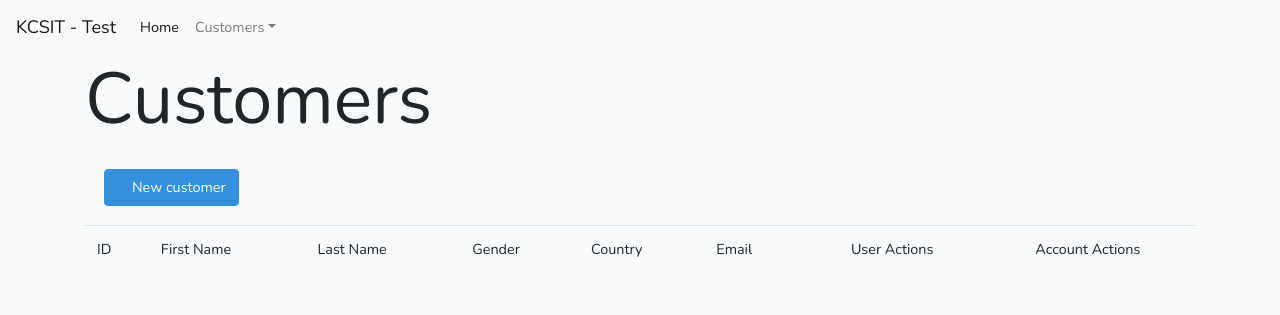
Repository: GilmarBrito/kcsit
Page: http://localhost/customers
An editor plug-in stored every save of this project. The page is shown before and after the next save, followed by the edit.
The browser window is 1280 px wide. The pictures show the whole page.
The page is served by the project's Laravel application, run on PHP 8.4 with Laravel 8. Other server files are loaded and not shown. Style sheets and scripts are compiled from the project's sources, by tool versions that may differ from the author's. Queries for data that is not in the repository find no rows.

Above is the page before, as saved 2020-03-08 17:02:45.

### routes/web.php
<?php

use Illuminate\Support\Facades\Route;

/*
|--------------------------------------------------------------------------
| Web Routes
|--------------------------------------------------------------------------
|
| Here is where you can register web routes for your application. These
| routes are loaded by the RouteServiceProvider within a group which
| contains the "web" middleware group. Now create something great!
|
*/

Route::get('/', function () {
    return view('welcome');
});

Route::resource('customers', 'CustomerController');

### app/Http/Controllers/CustomerController.php
<?php

namespace App\Http\Controllers;

use Illuminate\Http\Request;
use App\Customer;

class CustomerController extends Controller
{
    /**
     * Display a listing of the resource.
     *
     * @return \Illuminate\Http\Response
     */
    public function index()
    {
        $customers = Customer::all();

        return view('customers.index', compact('customers'));
    }

    /**
     * Show the form for creating a new resource.
     *
     * @return \Illuminate\Http\Response
     */
    public function create()
    {
        return view('customers.create');
    }

    /**
     * Store a newly created resource in storage.
     *
     * @param  \Illuminate\Http\Request  $request
     * @return \Illuminate\Http\Response
     */
    public function store(Request $request)
    {
        $request->validate([
            'first_name' => 'required',
            'last_name' => 'required',
            'gender' => 'required',
            'country' => 'required',
            'email' => 'required'
        ]);

        $customer = new Customer([
            'first_name' => $request->get('first_name'),
            'last_name' => $request->get('last_name'),
            'gender' => $request->get('gender'),
            'country' => $request->get('country'),
            'email' => $request->get('email')
        ]);

        $customer->save();
        return redirect('/customers')->with('success', 'Customer saved!');
    }

    /**
     * Display the specified resource.
     *
     * @param  int  $id
     * @return \Illuminate\Http\Response
     */
    public function show($id)
    {
        //
    }

    /**
     * Show the form for editing the specified resource.
     *
     * @param  int  $id
     * @return \Illuminate\Http\Response
     */
    public function edit($id)
    {
        $customer = Customer::find($id);
        return view('customers.edit', compact('customer'));
    }

    /**
     * Update the specified resource in storage.
     *
     * @param  \Illuminate\Http\Request  $request
     * @param  int  $id
     * @return \Illuminate\Http\Response
     */
    public function update(Request $request, $id)
    {
        $request->validate([
            'first_name' => 'required',
            'last_name' => 'required',
            'gender' => 'required',
            'country' => 'required',
            'email' => 'required'
        ]);

        $customer = Customer::find($id);
        $customer->first_name =  $request->get('first_name');
        $customer->last_name = $request->get('last_name');
        $customer->gender = $request->get('gender');
        $customer->country = $request->get('country');
        $customer->email = $request->get('email');
        $customer->save();

        return redirect('/customers')->with('success', 'Customer updated!');
    }

    /**
     * Remove the specified resource from storage.
     *
     * @param  int  $id
     * @return \Illuminate\Http\Response
     */
    public function destroy($id)
    {
        $customer = Customer::find($id);
        $customer->delete();

        return redirect('/customers')->with('success', 'Customer deleted!');
    }
}

### app/Customer.php
<?php

namespace App;

use Illuminate\Database\Eloquent\Model;

class Customer extends Model
{
    protected $fillable = [
        'first_name',
        'last_name',
        'gender',
        'country',
        'email'
    ];
}

### resources/views/customers/index.blade.php
@extends('base')

@section('main')
<div class="row">
    <div class="col-sm-12">

    @if(session()->get('success'))
    <div class="alert alert-success">
        {{ session()->get('success') }}
    </div>
    @endif
    </div>
    <div class="col-sm-12">
        <h1 class="display-3">Customers</h1>
        <div>
            <a style="margin: 19px;" href="{{route('customers.create')}}" class="btn btn-primary"><i class="fas fa-user-plus"></i> New customer</a>
        </div>
        <table class="table table-striped">
            <thead>
                <tr>
                    <td>ID</td>
                    <td>First Name</td>
                    <td>Last Name</td>
                    <td>Gender</td>
                    <td>Country</td>
                    <td>Email</td>
                    <td colspan="2" class="text-center">User Actions</td>
                    <td colspan="2" class="text-center">Account Actions</td>
                </tr>
            </thead>
            <tbody>
                @foreach($customers as $customer)
                <tr>
                    <td>{{$customer->id}}</td>
                    <td>{{$customer->first_name}}</td>
                    <td>{{$customer->last_name}}</td>
                    <td>{{$customer->gender}}</td>
                    <td>{{$customer->country}}</td>
                    <td>{{$customer->email}}</td>
                    <td>
                        <a href="{{ route('customers.edit',$customer->id)}}" class="btn btn-primary btn-block"><i class="fas fa-user-edit"></i> Edit</a>
                    </td>
                    <td>
                    <form action="{{ route('customers.destroy', $customer->id)}}" method="post">
                            @csrf
                            @method('DELETE')
                            <button class="btn btn-danger btn-block" type="submit"><i class="fas fa-user-slash"></i> Delete</button>
                        </form>
                    </td>
                    <td>
                        <a href="#" class="btn btn-outline-success btn-block"><i class="fas fa-arrow-circle-up"></i> Deposit Money</a>
                    </td>
                    <td>
                        <a href="#" class="btn btn-outline-danger btn-block"><i class="fas fa-arrow-circle-down"></i> Withdraw Money</a>
                    </td>
                </tr>
                @endforeach
            </tbody>
        </table>
    </div>
</div>
@endsection

### resources/views/base.blade.php
<!DOCTYPE html>
<html lang="en">
<head>
    <meta name="viewport" content="width=device-width, initial-scale=1.0">
    <title>KCSIT - Clever Full Stack Developer Test Task</title>
    <!-- Styles -->
    <link href="{{ asset('css/app.css') }}" rel="stylesheet">
</head>
<body>
    <nav class="navbar navbar-expand-lg navbar-light bg-light">
        <a class="navbar-brand" href="#">{{ config('app.name') }}</a>
        <button class="navbar-toggler" type="button" data-toggle="collapse" data-target="#navbarSupportedContent" aria-controls="navbarSupportedContent" aria-expanded="false" aria-label="Toggle navigation">
            <span class="navbar-toggler-icon"></span>
        </button>

        <div class="collapse navbar-collapse" id="navbarSupportedContent">
            <ul class="navbar-nav mr-auto">
                <li class="nav-item active">
                    <a class="nav-link" href="#">Home <span class="sr-only">(current)</span></a>
                </li>
                <li class="nav-item dropdown">
                    <a class="nav-link dropdown-toggle" href="#" id="navbarDropdown" role="button" data-toggle="dropdown" aria-haspopup="true" aria-expanded="false">Customers</a>
                    <div class="dropdown-menu" aria-labelledby="navbarDropdown">
                        <a class="dropdown-item" href="{{ route('customers.index') }}">List</a>
                        <a class="dropdown-item" href="{{ route('customers.create')}}">New</a>
                    </div>
                </li>
            </ul>
        </div>
    </nav>
    <div class="container">
        @yield('main')
    </div>
    <!-- Scripts -->
    <script src="{{ asset('js/app.js') }}" defer></script>

</body>
</html>

### resources/sass/app.scss
// Fonts
@import url('https://fonts.googleapis.com/css?family=Nunito');

// Variables
@import 'variables';

// Bootstrap
@import '~bootstrap/scss/bootstrap';
// @import 'node_modules/@fortawesome/fontawesome-free/scss/fontawesome.scss';
@import '~@fortawesome/fontawesome-free/scss/fontawesome';
@import '~@fortawesome/fontawesome-free/scss/regular';
@import '~@fortawesome/fontawesome-free/scss/solid';
@import '~@fortawesome/fontawesome-free/scss/brands';

Loaded but not shown: app/Http/Controllers/Controller.php (common file); resources/sass/_variables.scss (common file)

After the next save:
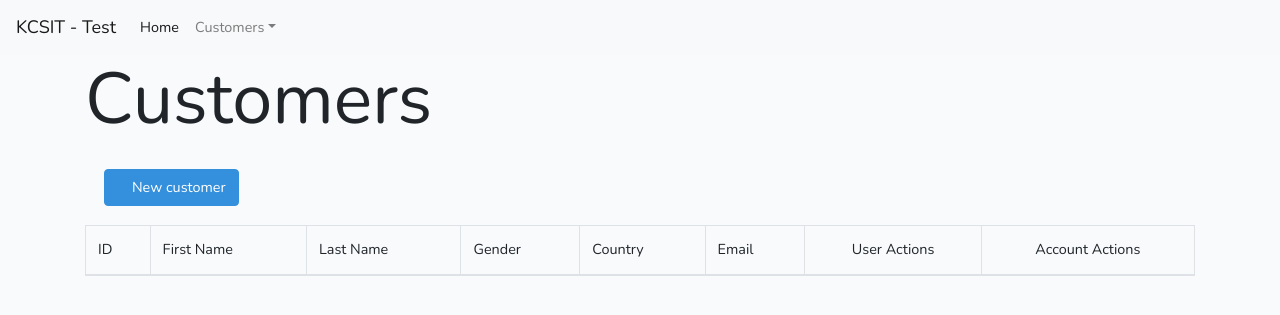
Saved 103 s later.
--- a/resources/views/customers/index.blade.php
+++ b/resources/views/customers/index.blade.php
@@ -15,7 +15,7 @@
         <div>
             <a style="margin: 19px;" href="{{route('customers.create')}}" class="btn btn-primary"><i class="fas fa-user-plus"></i> New customer</a>
         </div>
-        <table class="table table-striped">
+        <table class="table table-striped table-bordered">
             <thead>
                 <tr>
                     <td>ID</td>
